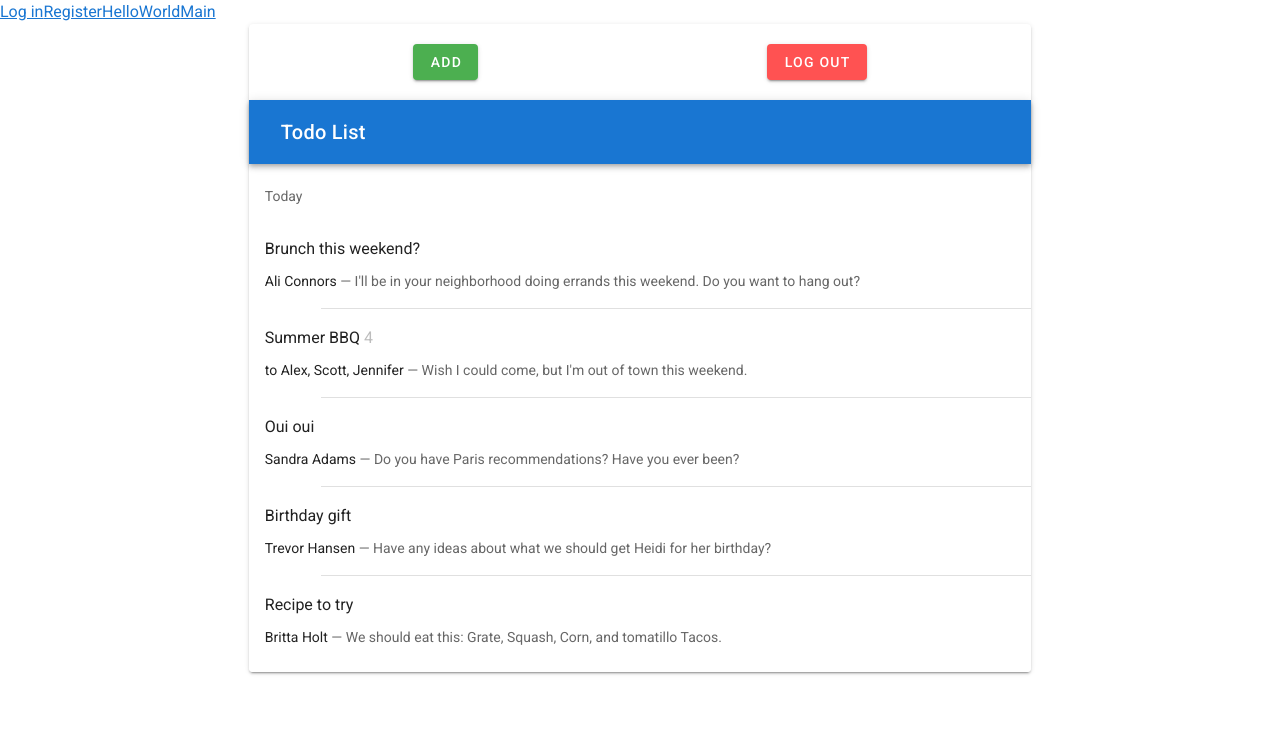
Repository: pao741/vue-todo
Page: /
An editor plug-in stored every save of this project. The page is shown before and after the next save, followed by the edit.
The browser window is 1280 px wide. The pictures show the whole page.
The project was rebuilt for these pictures with package versions that can differ from the ones it lists, and the page was loaded fresh each time. Also part of the build but not shown: vue.config.js, src/components/Login.vue, src/components/Register.vue, src/components/HelloWorld.vue.

Above is the page before, as saved 2021-02-11 13:50:54.

After the next save:
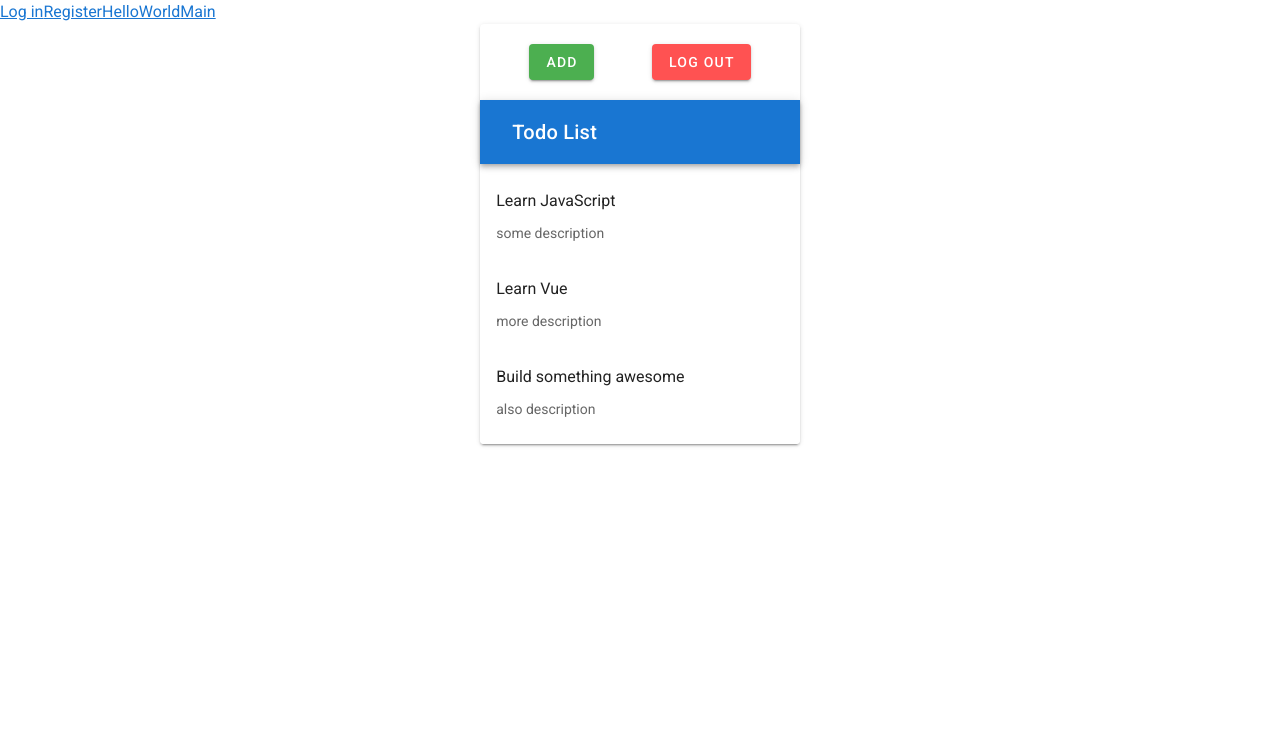
Saved 4 min 41 s later.
--- a/src/components/Main.vue
+++ b/src/components/Main.vue
@@ -59,24 +59,12 @@
       </v-toolbar>
 
       <v-list three-line>
-        <template v-for="(item, index) in items">
-          <v-subheader
-            v-if="item.header"
-            :key="item.header"
-            v-text="item.header"
-          ></v-subheader>
-
-          <v-divider
-            v-else-if="item.divider"
-            :key="index"
-            :inset="item.inset"
-          ></v-divider>
-
-          <v-list-item v-else :key="item.title">
+        <template v-for="item in todos">
+          <v-list-item :key="item.title">
             <v-list-item-content>
               <v-list-item-title v-html="item.title"></v-list-item-title>
               <v-list-item-subtitle
-                v-html="item.subtitle"
+                v-html="item.description"
               ></v-list-item-subtitle>
             </v-list-item-content>
           </v-list-item>
@@ -100,13 +88,20 @@ export default {
     adding: false,
     todos: JSON.parse(localStorage.getItem(LOCAL_STORAGE_KEY)) || [
       {
-        description: "Learn JavaScript",
+        title: "Learn JavaScript",
+        description: "some description",
         isDone: true,
         dueDate: null
       },
-      { description: "Learn Vue", isDone: false, dueDate: null },
       {
-        description: "Build something awesome",
+        title: "Learn Vue",
+        description: "more description",
+        isDone: false,
+        dueDate: null
+      },
+      {
+        title: "Build something awesome",
+        description: "also description",
         isDone: false,
         dueDate: "10-12-2021"
       }
